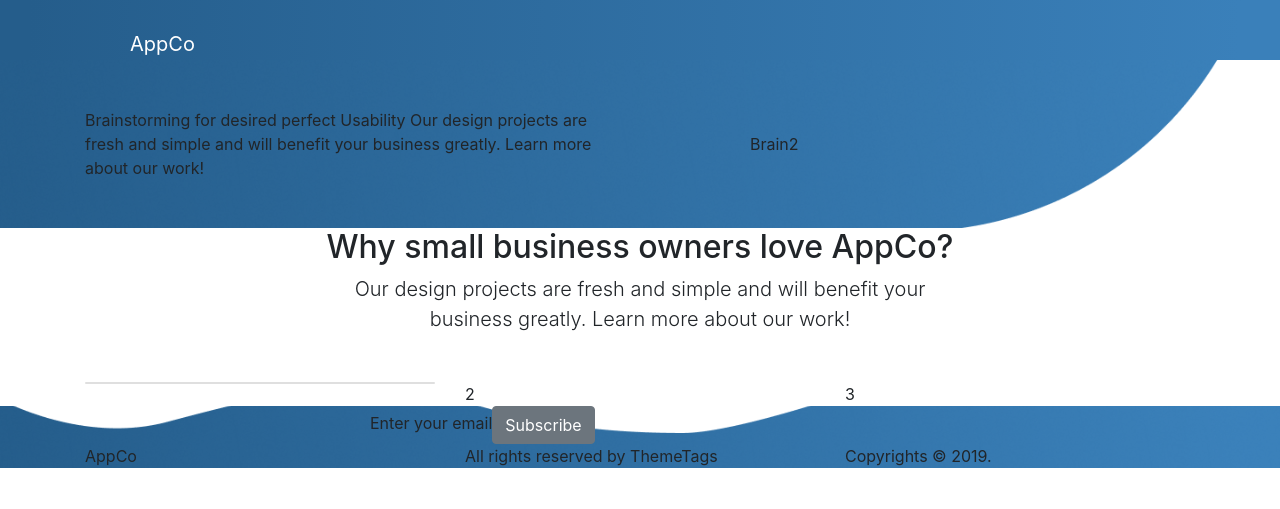
Repository: andbilous/user-statistics-app
Page: /
The author's editor kept a copy of each file at every save. The page is drawn from the files as they stood at one save, then again after the next save.
The browser window is 1280 px wide. The pictures show the whole page.
The project was rebuilt for these pictures with package versions that can differ from the ones it lists, and the page was loaded fresh each time. Also part of the build but not shown: src/components/reasons/reasons.scss.

Above is the page before, as saved 2020-06-19 15:13:38.

After the next save:
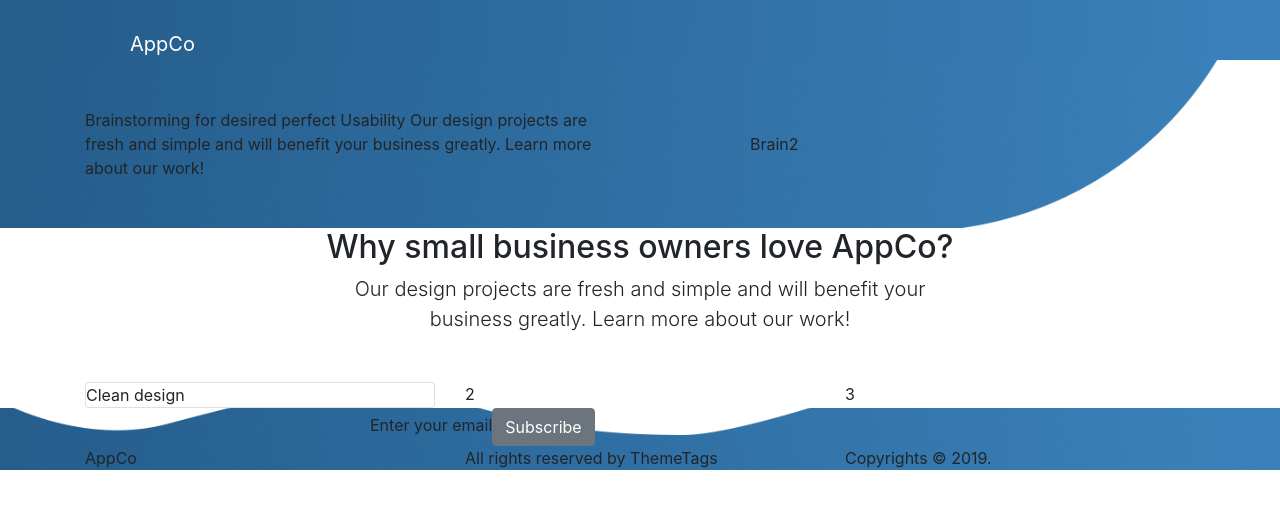
Saved 6 s later.
--- a/src/components/reasons/index.js
+++ b/src/components/reasons/index.js
@@ -20,7 +20,7 @@ const Reasons = () => {
           <Row className="justify-content-center">
             <Col className='col-lg-4 col-md'>
               <Card>
-
+                Clean design
               </Card>
             </Col>
             <Col className='col-lg-4 col-md'>2</Col>
